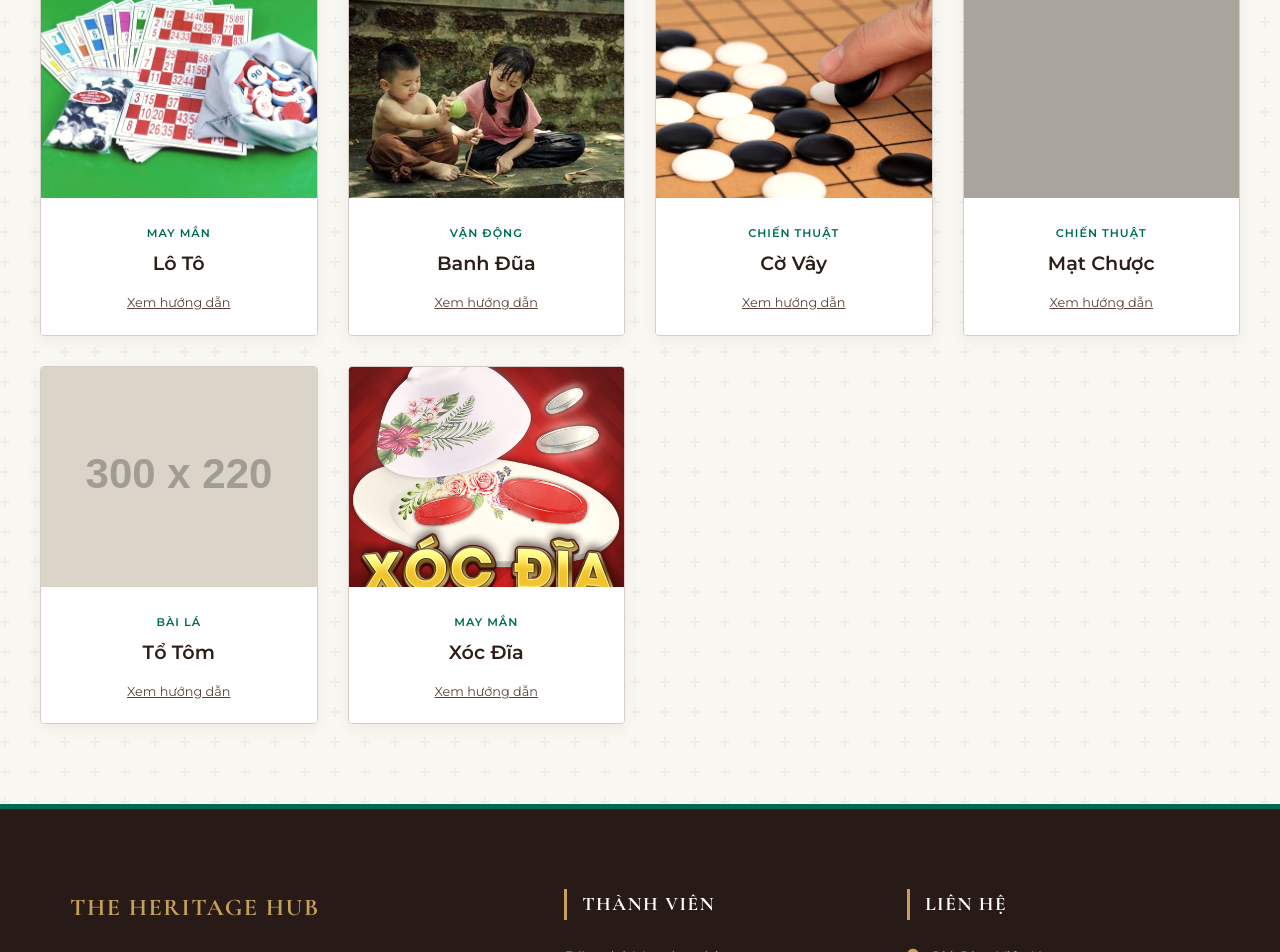
Repository: Lukas952003/Project-The-Heritage-Hub-Coffee-Marketing
Page: games.html
The author's editor kept a copy of each file at every save. The page is drawn from the files as they stood at one save, then again after the next save.
The browser window is 1280 px wide. The pictures show the part of the page from y = 1063 to 2015 px (the page is 2220 px tall).
Pictures or frames that could not be fetched are drawn as grey boxes. Backgrounds fixed to the window are drawn as part of the page.

Above is the page before, as saved 2025-12-28 21:41:40.

After the next save:
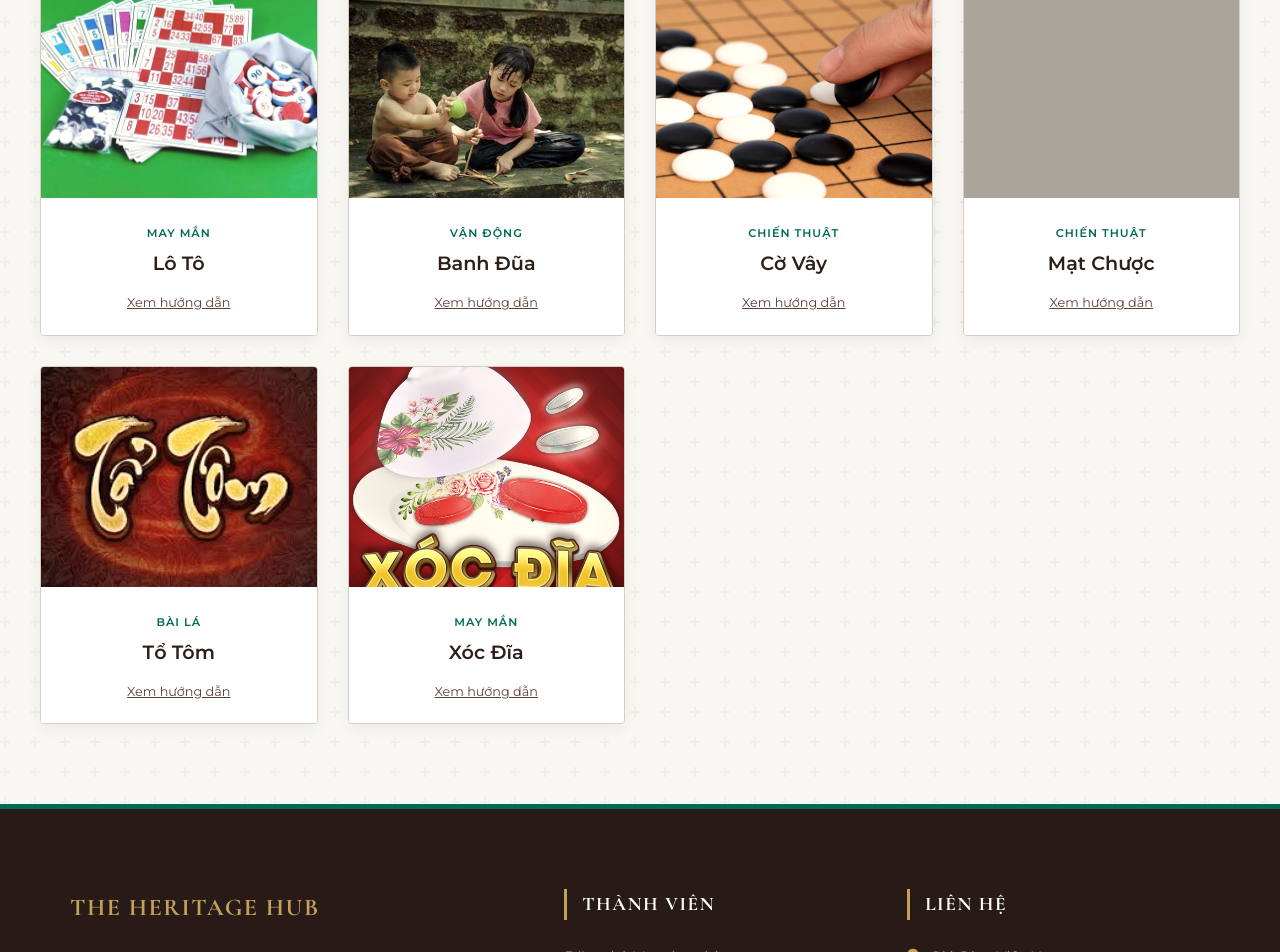
Saved 45 s later.
--- a/games.html
+++ b/games.html
@@ -655,7 +655,7 @@
           </div>
         </div>
         <div class="game-card" data-cat="bai-la">
-          <img src="https://via.placeholder.com/300x220" class="game-thumb" />
+          <img src="./img/game-to-tom.jpg" class="game-thumb" />
           <div class="game-info">
             <span class="game-tag">Bài Lá</span>
             <div class="game-title">Tổ Tôm</div>
